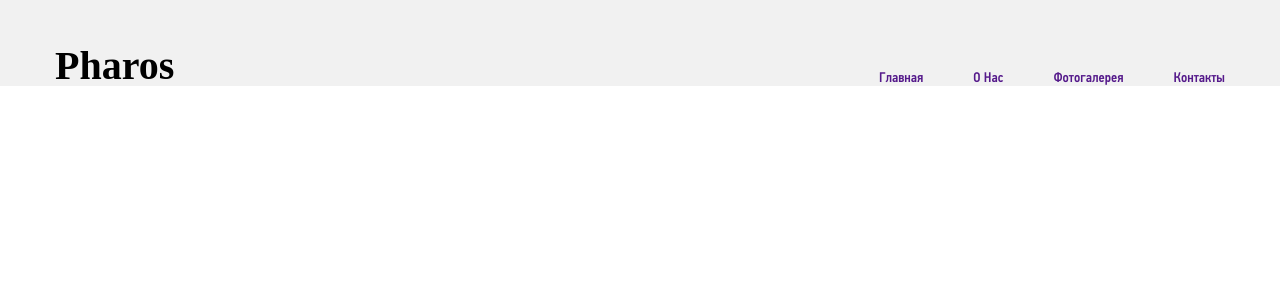
Repository: Bohdan-Sandovenko/youth-project
Page: index.html
The author's editor kept a copy of each file at every save. The page is drawn from the files as they stood at one save, then again after the next save.
The browser window is 1280 px wide. The pictures show the whole page.
Some web fonts or font styles are not loaded; a fallback is used. The style sheet was rebuilt from its Sass, Less or Tailwind sources for each picture, by a compiler version that may differ from the author's.

Above is the page before, as saved 2024-09-10 10:12:56.

### index.html
<!DOCTYPE html>
<html lang="en">
<head>
    <meta charset="UTF-8">
    <meta name="viewport" content="width=device-width, initial-scale=1.0">
    <title>Pharos - Christian youth</title>
    <link rel="stylesheet" href="css/style.css">
    <link rel="stylesheet" href="css/media.css">
</head>
<body>
    <header class="header">
        <div class="container">
            <!--Header nav-->
            <div class="header-nav">
                <a href="#!" class="logo">Pharos</a>
                <nav class="nav">
                    <ul class="nav-list">
                        <li class="nav-item"><a href="" class="nav-link">Главная</a></li>
                        <li class="nav-item"><a href="" class="nav-link">О Нас</a></li>
                        <li class="nav-item"><a href="" class="nav-link">Фотогалерея</a></li>
                        <li class="nav-item"><a href="" class="nav-link">Контакты</a></li>
                    </ul>
                </nav>
            </div>
        </div>
    </header>
    <script src="./js/main.js"></script>
</body>
</html>

### css/style.scss
@import "nullstyles.scss";

@font-face {
    font-family: 'Poppins';
    src: url('../fonts/Poppins/PFDinTextCondPro-Medium.woff2') format('woff2');
    font-weight: 900;
    font-style: bold;
    font-display: swap;
}

@font-face {
    font-family: 'Permanent Marker';
    src: url('../fonts/Permanent/PermanentMarker-Regular.woff2') format('woff2');
    font-weight: normal;
    font-style: normal;
    font-display: swap;
}

body {
    color: black;
    font-family: 'Poppins', sans-serif;

    .header {
        padding: 46px 0px 0px 0px;
        background-color: #F1F1F1;

        .container {
            max-width: 1230px;
            padding: 0 30px;
            margin: 0 auto;

            .header-nav {
                display: flex;
                justify-content: space-between;
                align-items: flex-end;

                .logo {
                    font-family: 'Permanent Marker';
                    font-weight: 700;
                    font-size: 40px;
                    color: black;
                }

                .nav-list {
                    display: flex;
                    column-gap: 50px; //оступы между элементами
                    font-size: 14px;

                    color .nav-item {
                        .nav-link {}
                    }
                }
            }
        }
    }
}

### css/nullstyles.scss
* {
    padding: 0;
    margin: 0;
    border: 0;
}


*,
*:before,
*:after {
    -webkit-box-sizing: border-box;
    -moz-box-sizing: border-box;
    box-sizing: border-box;
}


:focus,
:active {
    outline: none;
}

a:focus,
a:active {
    outline: none;
}


nav,
footer,
header,
aside {
    display: block;
}


html,
body {
    height: 100%;
    width: 100%;
    font-size: 100%;
    line-height: 1;
    font-size: 14px;
    -ms-text-size-adjust: 100%;
    -moz-text-size-adjust: 100%;
    -webkit-text-size-adjust: 100%;
}


input,
button,
textarea {
    font-family: inherit;
}


input::-ms-clear {
    display: none;
}

button {
    cursor: pointer;
}

button::-moz-focus-inner {
    padding: 0;
    border: 0;
}

a,
a:visited {
    text-decoration: none;
}

a:hover {
    text-decoration: none;
}

ul li {
    list-style: none;
}

img {
    vertical-align: top;
}

h1,
h2,
h3,
h4,
h5,
h6 {
    font-size: inherit;
    font-weight: 400;
}

Loaded but not shown: js/main.js (no stored copy; drawn as an empty file); css/media.scss (no stored copy; drawn as an empty file)

After the next save:
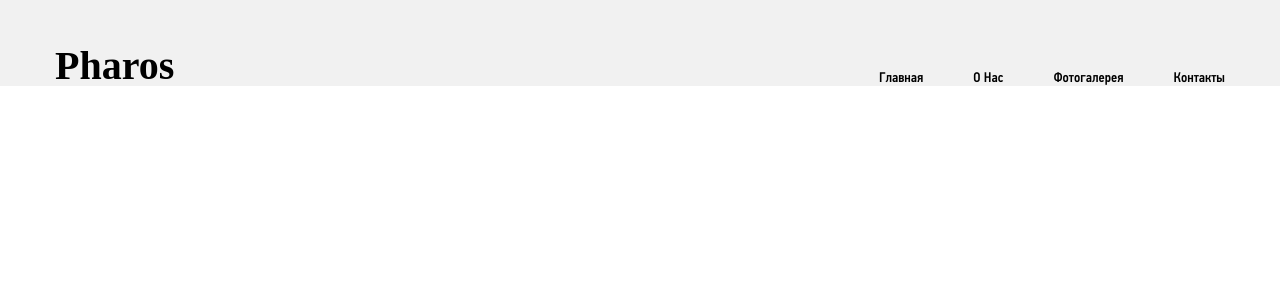
Saved 15 s later.
--- a/css/style.scss
+++ b/css/style.scss
@@ -46,8 +46,10 @@ body {
                     column-gap: 50px; //оступы между элементами
                     font-size: 14px;
 
-                    color .nav-item {
-                        .nav-link {}
+                    .nav-item {
+                        .nav-link {
+                            color: black;
+                        }
                     }
                 }
             }
